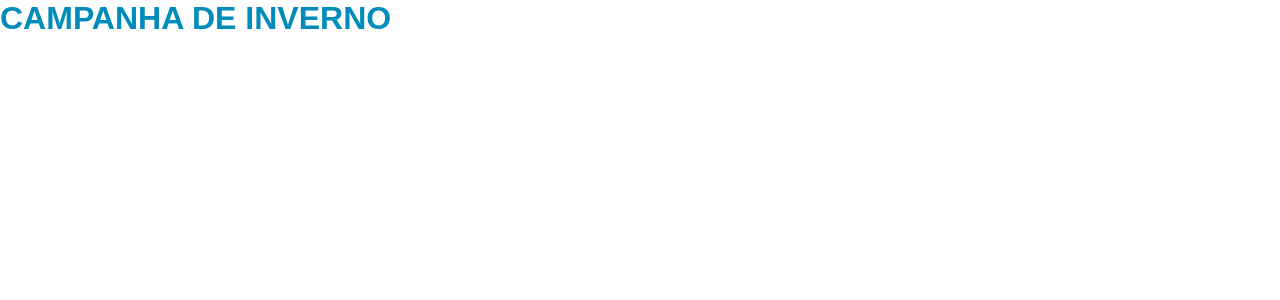
Repository: adrtrvs/qrcodeong
Page: campaignall.html
An editor plug-in stored every save of this project. The page is shown before and after the next save, followed by the edit.
The browser window is 1280 px wide. The pictures show the whole page.
Some web fonts or font styles are not loaded; a fallback is used.

Above is the page before, as saved 2023-05-26 09:26:47.

After the next save:
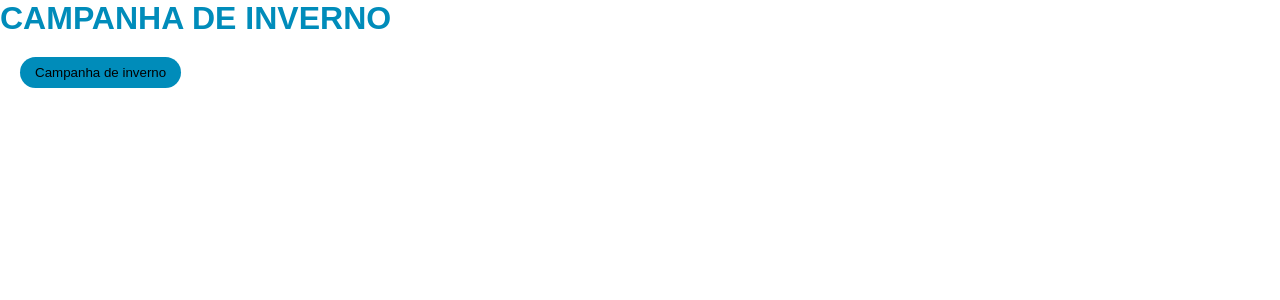
Saved 49 s later.
--- a/campaignall.html
+++ b/campaignall.html
@@ -14,5 +14,6 @@
   </head>
   <body>
     <h1>Campanha de inverno</h1>
+    <button class="buttoncampaignaj">Campanha de inverno</button>
   </body>
 </html>
